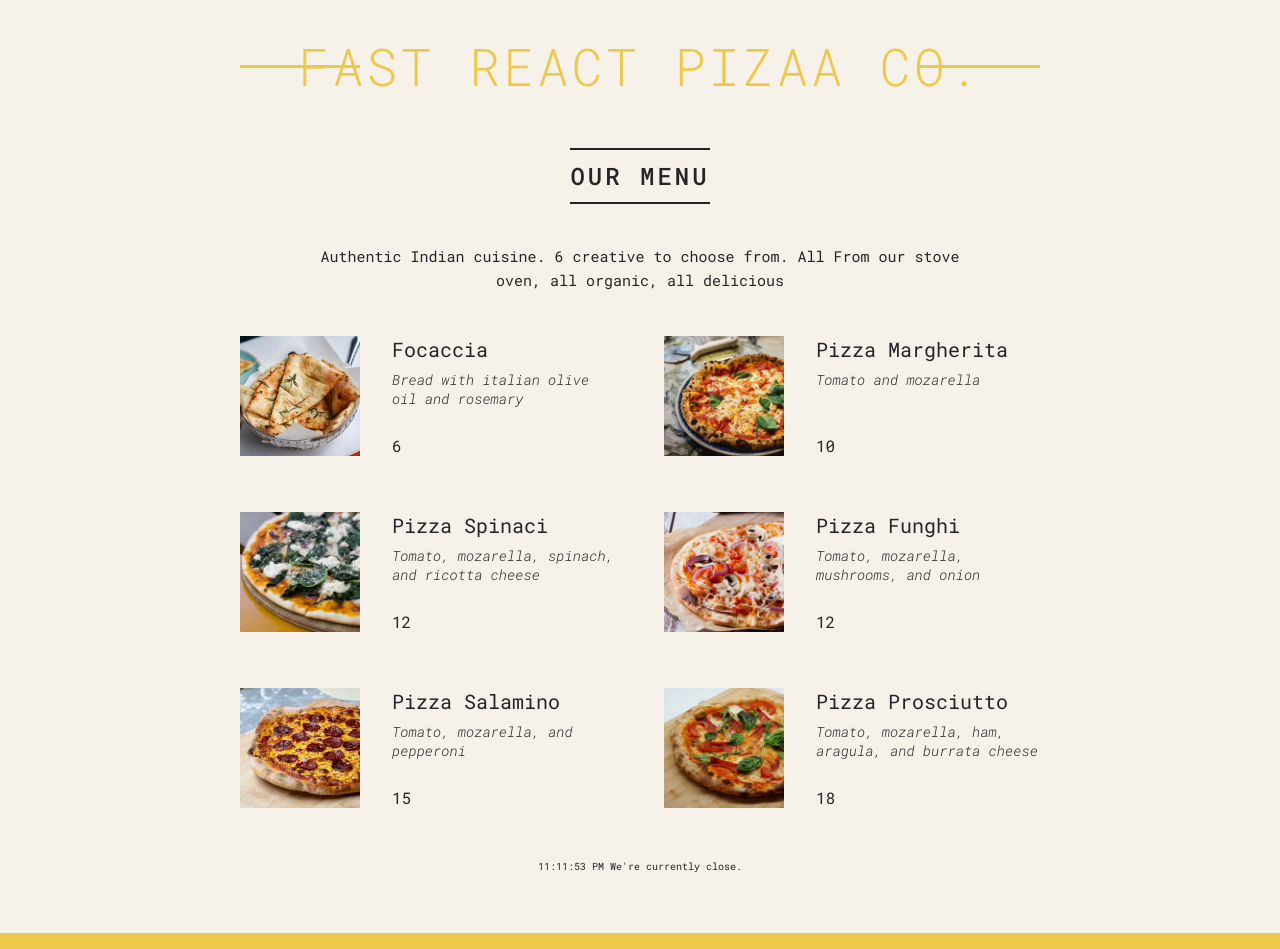
Repository: balaji-ummadisetty/reactPropsPractice
Page: /
The author's editor kept a copy of each file at every save. The page is drawn from the files as they stood at one save, then again after a run of saves.
The browser window is 1280 px wide. The pictures show the whole page.
The project was rebuilt for these pictures with package versions that can differ from the ones it lists, and the page was loaded fresh each time. Also part of the build but not shown: vite.config.js.

Above is the page before, as saved 2024-05-08 23:24:55.

After the next 4 saves:
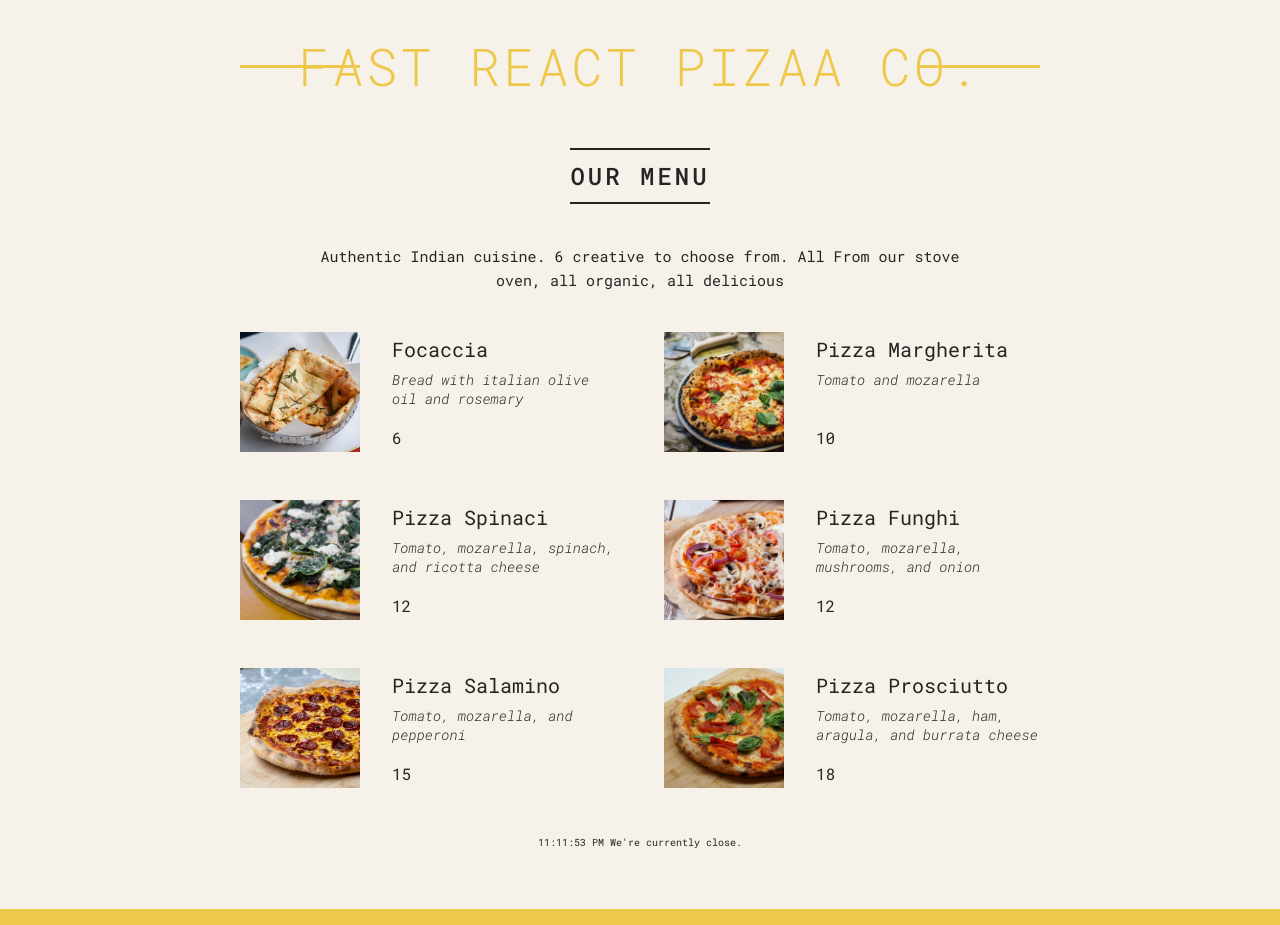
The 4 saves are shown as one change because they came seconds apart.
The last was saved 9 s later.
--- a/src/App.jsx
+++ b/src/App.jsx
@@ -6,9 +6,7 @@ function Pizza(props) {
 
     return (
         <div className='pizza {props.soldOut && "sold-out"}'>
-            <div className={props.soldOut && "sold-out"}>
             <img src ={props.photoName} alt={props.photoName} />
-            </div>
             <div>
             <h3>{props.name}</h3>
             <p>{props.ingredients}</p>
